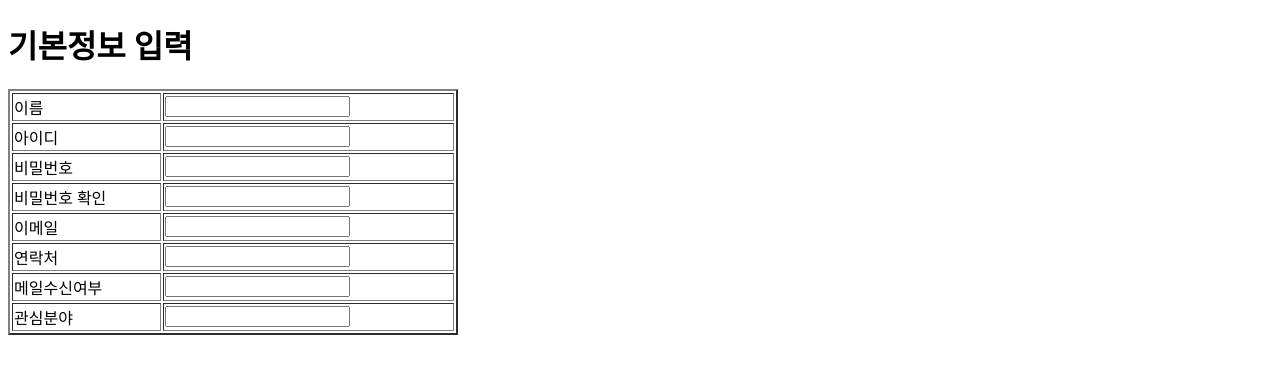
Repository: Cheol-Cheol/KOSA
Page: Kcc_web/Html/WebContent/mission/3.html
An editor plug-in stored every save of this project. The page is shown before and after the next save, followed by the edit.
The browser window is 1280 px wide. The pictures show the whole page.

Above is the page before, as saved 2024-07-08 06:22:24.

After the next save:
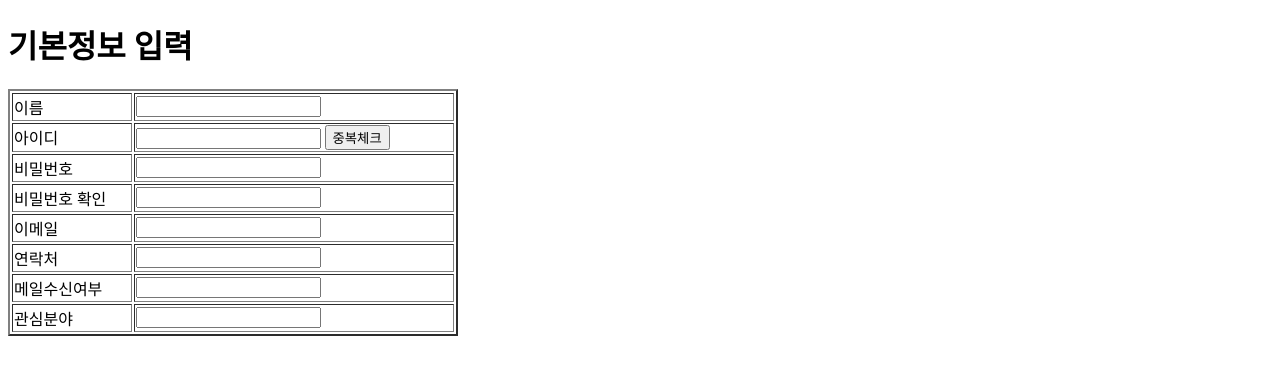
Saved 33 s later.
--- a/Kcc_web/Html/WebContent/mission/3.html
+++ b/Kcc_web/Html/WebContent/mission/3.html
@@ -14,7 +14,10 @@
 			</tr>
 			<tr>
 				<td>아이디</td>
-				<td><input type="text" /></td>
+				<td>
+				<input type="text" />
+				<button type="button">중복체크</button>
+				</td>
 			</tr>
 			<tr>
 				<td>비밀번호</td>
